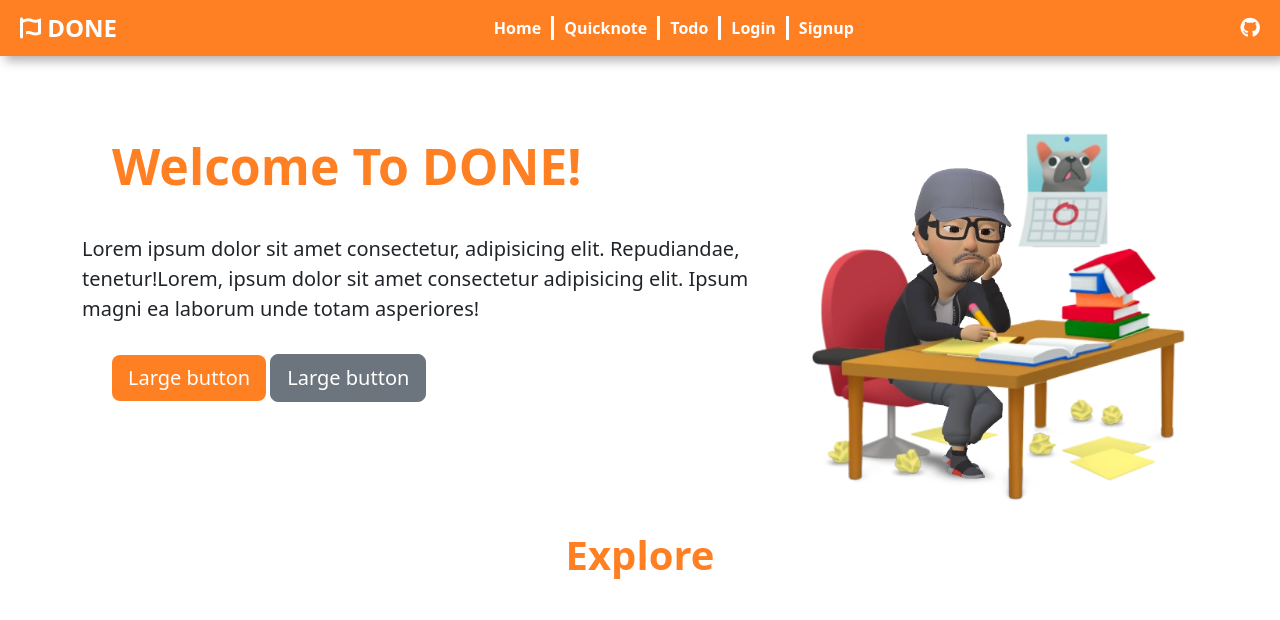
Repository: OmarEssameldinMousa/DONE
Page: index.html
The author's editor kept a copy of each file at every save. The page is drawn from the files as they stood at one save, then again after the next save.
The browser window is 1280 px wide. The pictures show the whole page.
The pointer rests on the first visible `.explore`.
Some web fonts or font styles are not loaded; a fallback is used.

Above is the page before, as saved 2023-12-16 20:01:47.

After the next save:
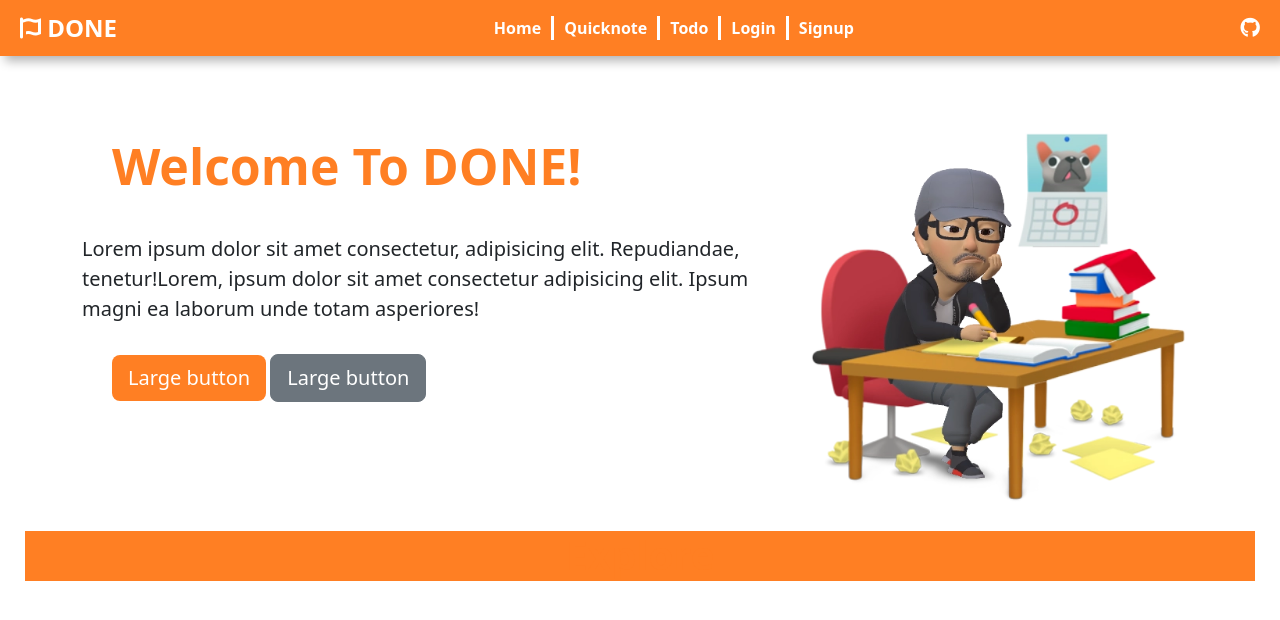
Saved 114 s later.
--- a/CSS/styles.css
+++ b/CSS/styles.css
@@ -194,3 +194,7 @@ nav ul li a:hover {
 .landing .logoimage{
     position: relative;
 }
+.explore:hover{
+    background-color:var(--secondery-color);
+    color: #ebeced;
+}

After the save that followed:
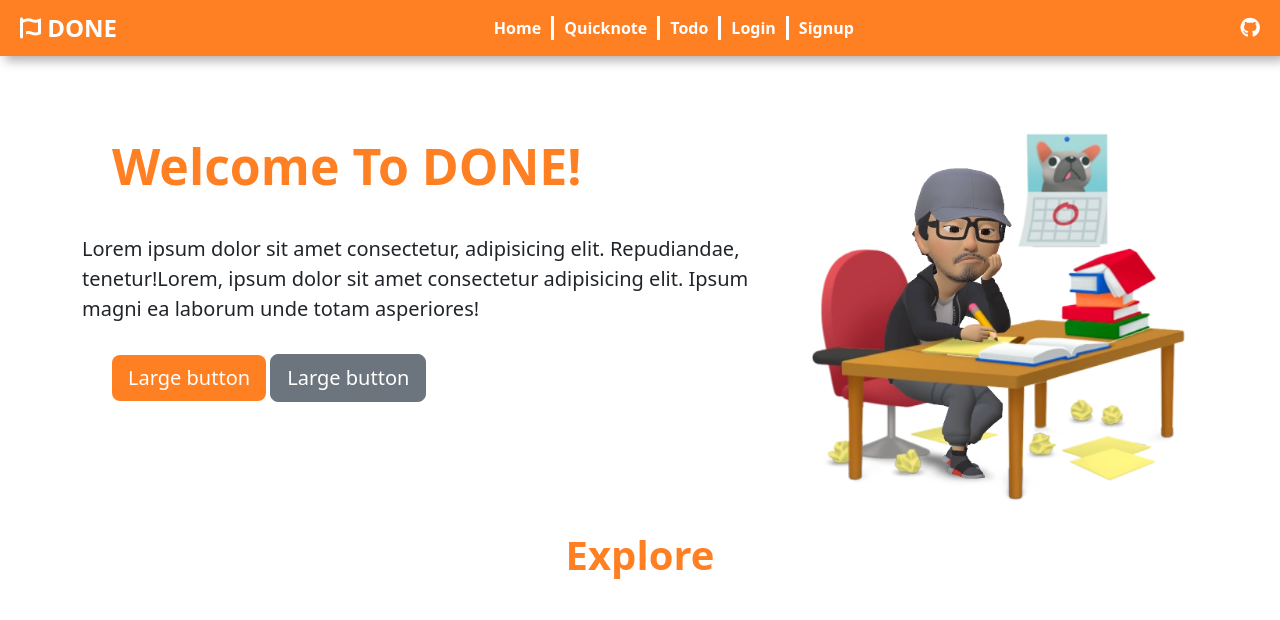
Saved 16 s later.
--- a/CSS/styles.css
+++ b/CSS/styles.css
@@ -194,7 +194,7 @@ nav ul li a:hover {
 .landing .logoimage{
     position: relative;
 }
-.explore:hover{
+.explore h1:hover{
     background-color:var(--secondery-color);
     color: #ebeced;
 }
